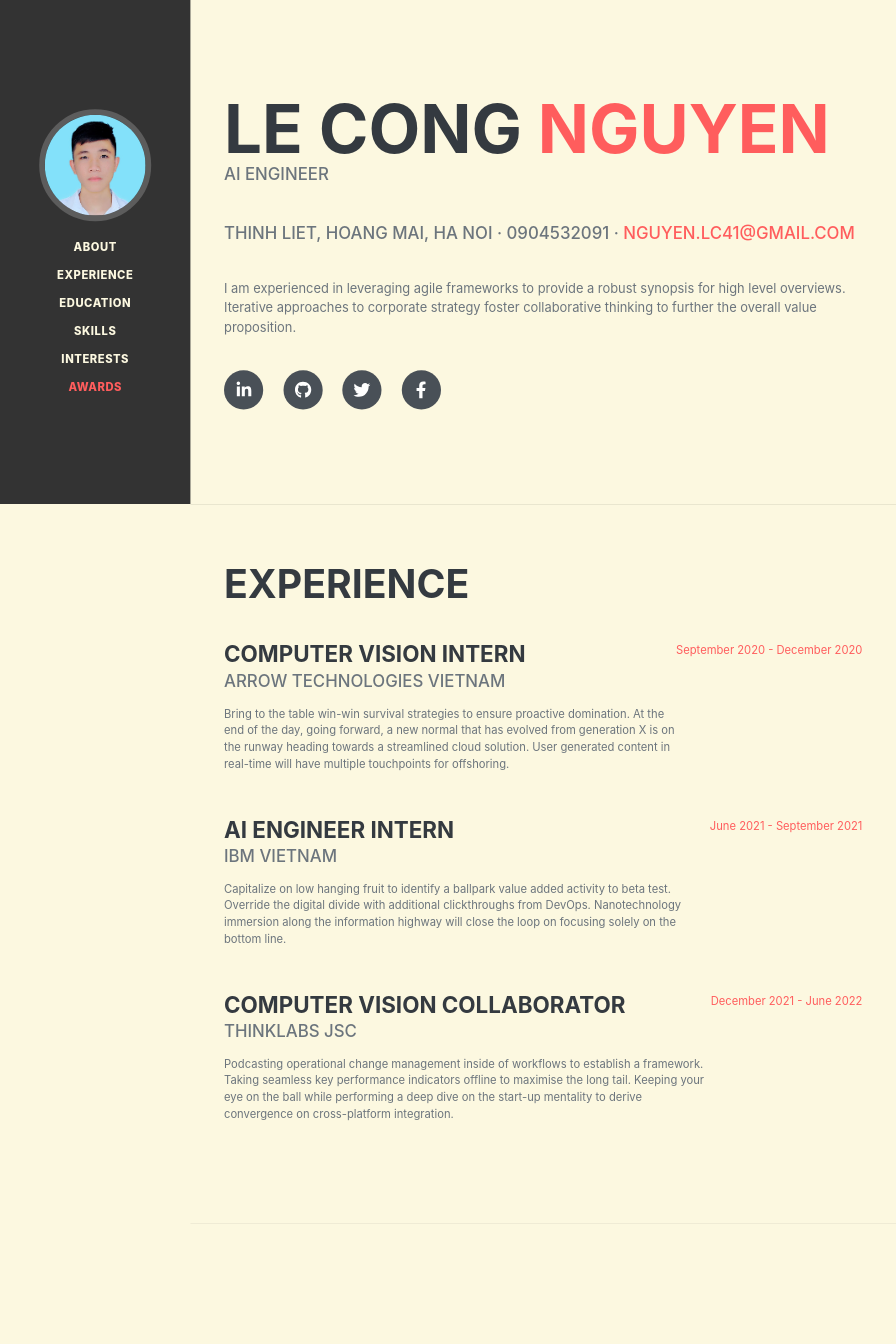
Repository: nguyenlcc/Online-CV
Page: index.html
An editor plug-in stored every save of this project. The page is shown before and after the next save, followed by the edit.
The browser window is 1280 px wide. The pictures show the part of the page from y = 0 to 1920 px (the page is 4631 px tall), at 70% of full size.
Some web fonts or font styles are not loaded; a fallback is used. Some web libraries are served in a nearby version.

Above is the page before, as saved 2022-05-23 00:48:24.

After the next save:
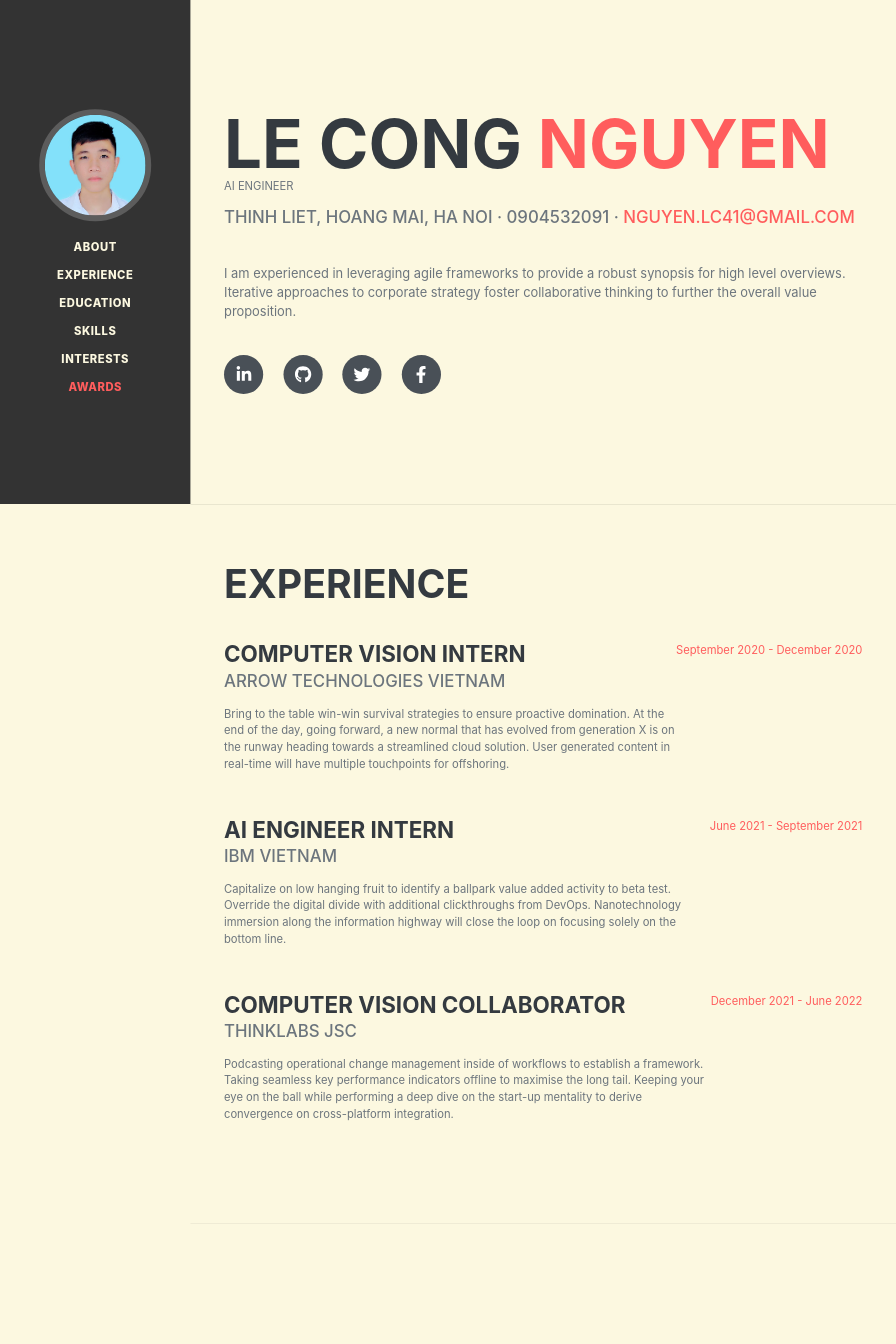
Saved 21 s later.
--- a/index.html
+++ b/index.html
@@ -93,9 +93,9 @@
             LE CONG
             <span class="text-primary">NGUYEN</span>
           </h1>
-          <div class="subheading mb-5">
+          <p>
             AI ENGINEER
-          </div>
+          </p>
           <div class="subheading mb-5">
             THINH LIET, HOANG MAI, HA NOI · 0904532091 ·
             <a href="mailto:name@email.com">nguyen.lc41@gmail.com</a>

After the save that followed:
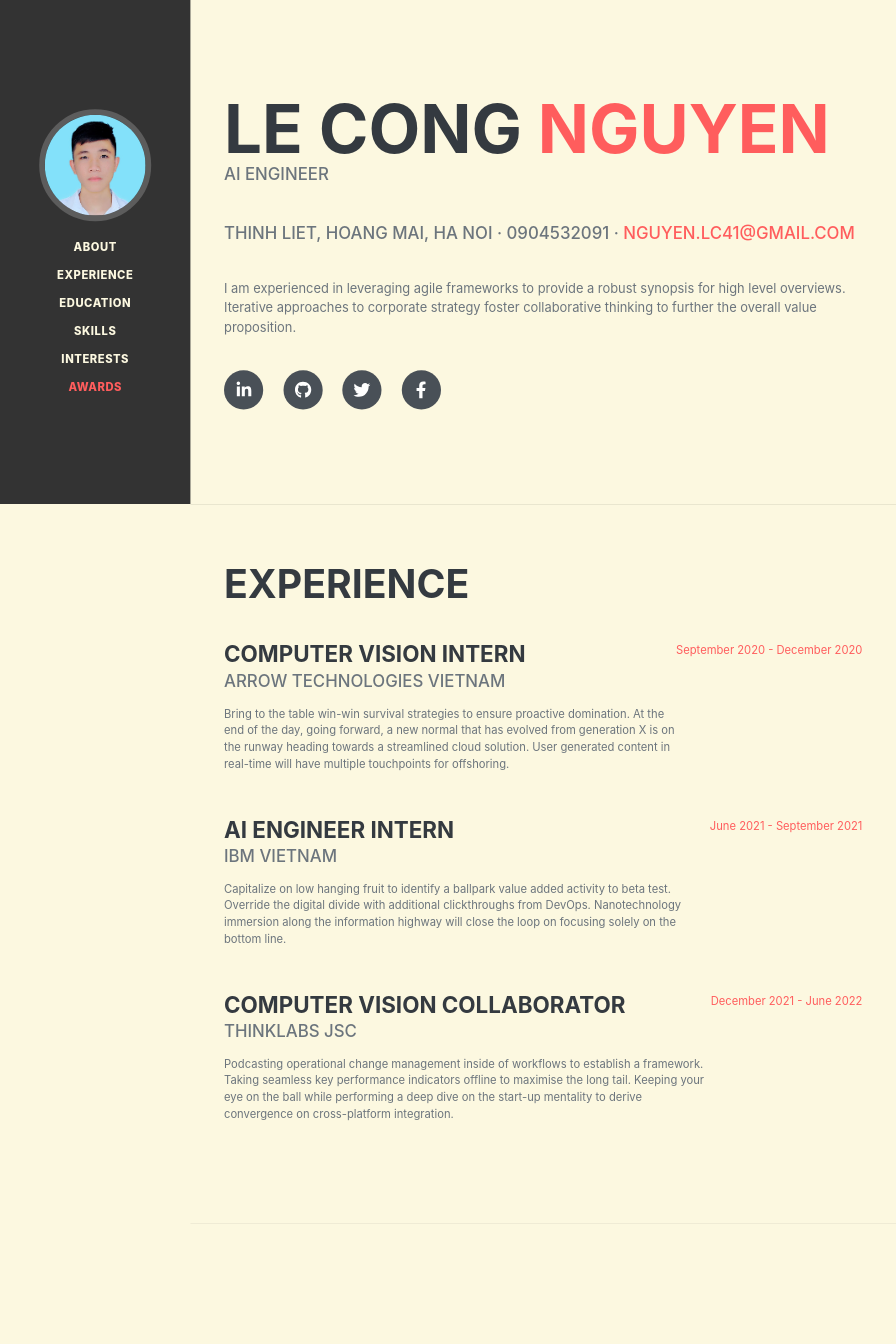
Saved 6 s later.
--- a/index.html
+++ b/index.html
@@ -93,9 +93,9 @@
             LE CONG
             <span class="text-primary">NGUYEN</span>
           </h1>
-          <p>
+          <div class="subheading mb-5">
             AI ENGINEER
-          </p>
+          </div>
           <div class="subheading mb-5">
             THINH LIET, HOANG MAI, HA NOI · 0904532091 ·
             <a href="mailto:name@email.com">nguyen.lc41@gmail.com</a>
